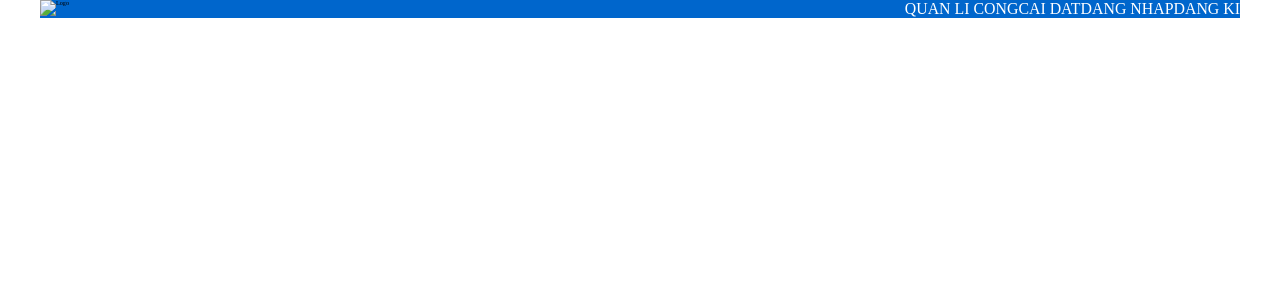
Repository: LDDUNG2003/a
Page: index.html
The author's editor kept a copy of each file at every save. The page is drawn from the files as they stood at one save, then again after the next save.
The browser window is 1280 px wide. The pictures show the whole page.

Above is the page before, as saved 2023-10-12 14:04:23.

After the next save:
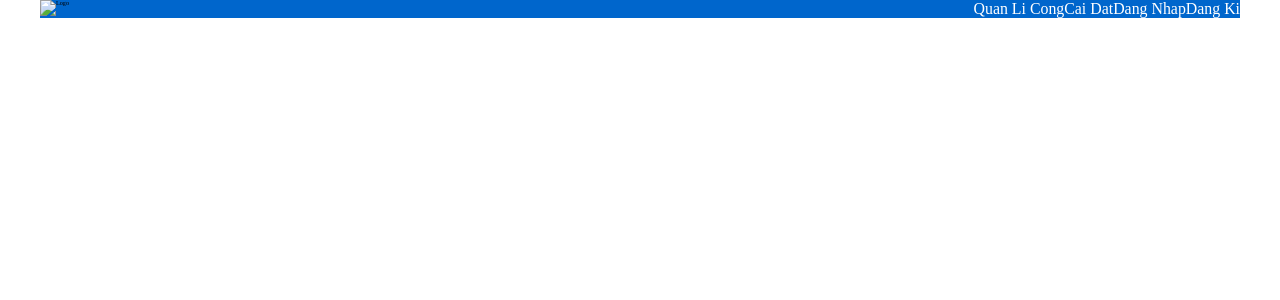
Saved 10 s later.
--- a/controlView/css/index.css
+++ b/controlView/css/index.css
@@ -27,5 +27,5 @@
     font-size: 1.6rem;
     color: #fff;
     text-decoration: none;
-    text-transform: uppercase;
+    text-transform: capitalize;
 }
